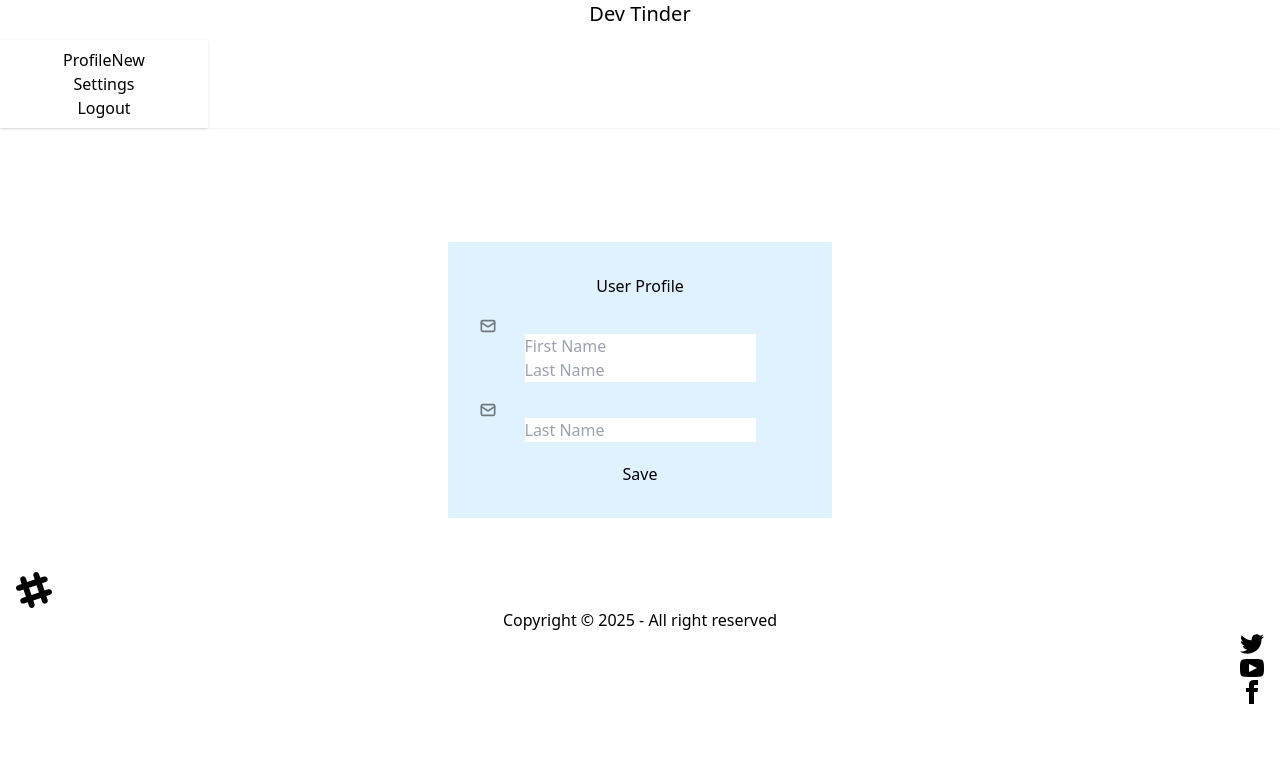
Repository: ROHIT8804/devTinderFrontEnd
Page: /profile (app in devTinder-Web/)
The author's editor kept a copy of each file at every save. The page is drawn from the files as they stood at one save, then again after the next save.
The browser window is 1280 px wide. The pictures show the whole page.
The page's requests for data from a server got no answer. The project was rebuilt for these pictures with package versions that can differ from the ones it lists, and the page was loaded fresh each time. No one was signed in, and anything a server would have sent is missing. Also part of the build but not shown: devTinder-Web/vite.config.js, devTinder-Web/src/components/Login.jsx, devTinder-Web/src/components/UserCard.jsx, devTinder-Web/src/components/Feed.jsx.

Above is the page before, as saved 2025-08-09 11:34:52.

### devTinder-Web/src/App.jsx
import { useState } from "react";
import "./App.css";
import { Routes } from "react-router-dom";
import { BrowserRouter, Route } from "react-router-dom";
import Body from "./components/Body";
import Login from "./components/Login";
import Profile from "./components/Profile";
import { Provider } from "react-redux";
import appStore from "./utils/appStore";
import Feed from "./components/Feed";

function App() {
  const [count, setCount] = useState(0);

  return (
    <>
    <Provider store={appStore}>
      <BrowserRouter>
        <Routes>
          <Route path="/" element={<Body />} >
            <Route path="/feed" element={<Feed />} />
            <Route path="/login" element={<Login />} />
            <Route path="/profile" element={<Profile />} />
          </Route>
        </Routes>
      </BrowserRouter>
      </Provider>
    </>
  );
}

export default App;

### devTinder-Web/src/components/Body.jsx
import { Outlet } from "react-router-dom";
import Nav from "./Nav";
import Footer from "./Footer";
import axios from "axios";
import { BASE_URL } from "../utils/constants";
import { useDispatch } from "react-redux";
import { useEffect } from "react";
import { setUser } from "../utils/userSlice";
import { useNavigate } from "react-router-dom";
import { useSelector } from "react-redux";

function Body() {
  const dispatch = useDispatch();
  const navigate = useNavigate();
  const userData = useSelector((state) => console.log("State in Body:", state) || state.user);

  const fetchUser = async () => {
    if(userData.name) return;
    try{
        const user = await axios.get(BASE_URL + '/profile',{
        withCredentials: true
      })
      dispatch(setUser({ name:user.data.user.firstName, email: user.data.user.emailId }));
    }
    catch (error) {
      if(error.response && error.response.status === 401) {
        localStorage.removeItem('user');
        navigate('/login');
      }
      console.error("Error fetching user:", error);
    }

  }

  useEffect(() => {
    fetchUser();
  }, []);

  return (
    <div className="relative min-h-screen ">
      {/* Fixed Navbar */}
      <div className="fixed top-0 left-0 w-full z-50">
        <Nav />
      </div>
      {/* Main Content */}
      <div className="flex flex-col items-center justify-center pt-[3.5rem] pb-[5rem] min-h-screen">
        <Outlet />
      </div>
      {/* Fixed Footer */}
      <div className="fixed bottom-0 left-0 w-full z-50">
        <Footer />
      </div>
    </div>
  );
}

export default Body;

### devTinder-Web/src/components/Profile.jsx
import React, { useState, useEffect } from 'react';
import axios from 'axios';
import { useDispatch, useSelector } from 'react-redux';
import { setUser } from '../utils/userSlice';
import { useNavigate } from 'react-router-dom';
import { BASE_URL } from '../utils/constants';

function Profile() {

  const user = useSelector((state) => state.user);
  const [firstName, setFirstName] = useState(user.firstName || "");
  const [lastName, setLastName] = useState(user.lastName || "");
  const [gender, setGender] = useState("");
  const [photoUrl, setPhotoUrl] = useState("");
  const [error, setError] = useState("");
  const dispatch = useDispatch();
  const navigate = useNavigate();

  const handleProfileEdit = async (e) => {
    try {
      const response = await axios.patch(BASE_URL + '/profile/update', {
        firstName: firstName,
        lastName:lastName,
        gender:gender,
        photoUrl:photoUrl
      },
      {withCredentials: true}
    );
    // const { firstName, emailId } = response.data.user;
    // localStorage.setItem('user', JSON.stringify({ name:firstName, email: emailId }));
    // dispatch(setUser({ name:firstName, email: emailId }));

    } catch (error) {
      setError(error?.response?.data || "Login failed. Please try again.");
      console.error("Error handling email change:", error?.response?.data);
    }
  }

  useEffect(() => {
    const user = localStorage.getItem('user');
    // if(user){
    //   navigate('/feed');
    // }
  },[navigate]);

  return (
    <div className="card card-border bg-base-100 w-96" style={{ backgroundColor: "#e0f2fe" }}>
        <h2 className="card-title justify-center">User Profile</h2>
      <div className="card-body">
        <div className="mt-5">
          <label className="input validator">
            <svg
              className="h-[1em] opacity-50"
              xmlns="http://www.w3.org/2000/svg"
              viewBox="0 0 24 24"
            >
              <g
                strokeLinejoin="round"
                strokeLinecap="round"
                strokeWidth="2.5"
                fill="none"
                stroke="currentColor"
              >
                <rect width="20" height="16" x="2" y="4" rx="2"></rect>
                <path d="m22 7-8.97 5.7a1.94 1.94 0 0 1-2.06 0L2 7"></path>
              </g>
            </svg>
            <input type="email" value={firstName} onChange={(e)=>setFirstName(e.target.value)} placeholder="First Name" required />
          </label>
          <input type="email" value={lastName} onChange={(e)=>setLastName(e.target.value)} placeholder="Last Name" required />
        </div>
        <div className="mt-5">
          <label className="input validator">
            <svg
              className="h-[1em] opacity-50"
              xmlns="http://www.w3.org/2000/svg"
              viewBox="0 0 24 24"
            >
              <g
                strokeLinejoin="round"
                strokeLinecap="round"
                strokeWidth="2.5"
                fill="none"
                stroke="currentColor"
              >
                <rect width="20" height="16" x="2" y="4" rx="2"></rect>
                <path d="m22 7-8.97 5.7a1.94 1.94 0 0 1-2.06 0L2 7"></path>
              </g>
            </svg>
            <input type="email" value={lastName} onChange={(e)=>setLastName(e.target.value)} placeholder="Last Name" required />
          </label>
        </div>

        <p className="text-red-500 text-left w-full">{error}</p>
        <div className="card-actions justify-center mt-5">
          <button className="btn btn-primary" onClick={handleProfileEdit}>Save</button>
        </div>
      </div>
    </div>
  );

}

export default Profile;

### devTinder-Web/src/utils/appStore.js
import { configureStore } from '@reduxjs/toolkit';
import userReducer from './userSlice';
import feedReducer from './feedSlice';

const appStore = configureStore({
  reducer: {
    user: userReducer,
    feed: feedReducer,
  },
});

export default appStore;

### devTinder-Web/src/components/Nav.jsx
import { useSelector, useDispatch } from "react-redux";
import { useNavigate, Link } from "react-router-dom";
import axios from "axios";
import { BASE_URL } from "../utils/constants";
import { clearUser } from "../utils/userSlice";

function Nav() {
  const navigate = useNavigate();
  const user = useSelector((state) => state.user);
  const dispatch = useDispatch();

  const handleLogout = async () => {
    try{
      await axios.post(BASE_URL + '/logout', {}, { withCredentials: true });
      localStorage.removeItem('user');
      dispatch(clearUser());
      navigate('/login');
    }
    catch (error) {
      console.error("Error during logout:", error);
    }
  }

  return (
    <>
      {/* Navigation Bar */}
      <div className="navbar bg-base-100 shadow-sm">
        <div className="flex-1">
          <Link to="/" className="btn btn-ghost text-xl justify-start">Dev Tinder</Link>
        </div>
        <div className="flex gap-2">
          {/* <input
            type="text"
            placeholder="Search"
            className="input input-bordered w-24 md:w-auto"
          /> */}
          <div className="dropdown dropdown-end">
            <div
              tabIndex={0}
              role="button"
              className="btn btn-ghost btn-circle avatar"
            >
              <div className="w-10 rounded-full">
                {user && user.name ? (
                  <img
                  alt="Tailwind CSS Navbar component"
                  src="https://img.daisyui.com/images/stock/photo-1534528741775-53994a69daeb.webp"
                />
                ): null}

              </div>
            </div>
            <ul
              tabIndex={0}
              className="menu menu-sm dropdown-content bg-base-100 rounded-box z-1 mt-3 w-52 p-2 shadow"
            >
              <li>
                <Link
                  to="/profile"
                 className="justify-between">
                  Profile
                  <span className="badge">New</span>
                </Link>
              </li>
              <li>
                <a>Settings</a>
              </li>
              <li>
                <a onClick={handleLogout}>Logout</a>
              </li>
            </ul>
          </div>
        </div>
      </div>
    </>
  );
}

export default Nav;

### devTinder-Web/src/components/Footer.jsx
function Footer() {
  return (
    <div>
        {/* Footer */}
      <footer className="footer sm:footer-horizontal bg-neutral text-neutral-content items-center p-4">
        <aside className="grid-flow-col items-center">
          <svg
            width="36"
            height="36"
            viewBox="0 0 24 24"
            xmlns="http://www.w3.org/2000/svg"
            fillRule="evenodd"
            clipRule="evenodd"
            className="fill-current">
            <path
              d="M22.672 15.226l-2.432.811.841 2.515c.33 1.019-.209 2.127-1.23 2.456-1.15.325-2.148-.321-2.463-1.226l-.84-2.518-5.013 1.677.84 2.517c.391 1.203-.434 2.542-1.831 2.542-.88 0-1.601-.564-1.86-1.314l-.842-2.516-2.431.809c-1.135.328-2.145-.317-2.463-1.229-.329-1.018.211-2.127 1.231-2.456l2.432-.809-1.621-4.823-2.432.808c-1.355.384-2.558-.59-2.558-1.839 0-.817.509-1.582 1.327-1.846l2.433-.809-.842-2.515c-.33-1.02.211-2.129 1.232-2.458 1.02-.329 2.13.209 2.461 1.229l.842 2.515 5.011-1.677-.839-2.517c-.403-1.238.484-2.553 1.843-2.553.819 0 1.585.509 1.85 1.326l.841 2.517 2.431-.81c1.02-.33 2.131.211 2.461 1.229.332 1.018-.21 2.126-1.23 2.456l-2.433.809 1.622 4.823 2.433-.809c1.242-.401 2.557.484 2.557 1.838 0 .819-.51 1.583-1.328 1.847m-8.992-6.428l-5.01 1.675 1.619 4.828 5.011-1.674-1.62-4.829z"></path>
          </svg>
          <p>Copyright © {new Date().getFullYear()} - All right reserved</p>
        </aside>
        <nav className="grid-flow-col gap-4 md:place-self-center md:justify-self-end">
          <a>
            <svg
              xmlns="http://www.w3.org/2000/svg"
              width="24"
              height="24"
              viewBox="0 0 24 24"
              className="fill-current">
              <path
                d="M24 4.557c-.883.392-1.832.656-2.828.775 1.017-.609 1.798-1.574 2.165-2.724-.951.564-2.005.974-3.127 1.195-.897-.957-2.178-1.555-3.594-1.555-3.179 0-5.515 2.966-4.797 6.045-4.091-.205-7.719-2.165-10.148-5.144-1.29 2.213-.669 5.108 1.523 6.574-.806-.026-1.566-.247-2.229-.616-.054 2.281 1.581 4.415 3.949 4.89-.693.188-1.452.232-2.224.084.626 1.956 2.444 3.379 4.6 3.419-2.07 1.623-4.678 2.348-7.29 2.04 2.179 1.397 4.768 2.212 7.548 2.212 9.142 0 14.307-7.721 13.995-14.646.962-.695 1.797-1.562 2.457-2.549z"></path>
            </svg>
          </a>
          <a>
            <svg
              xmlns="http://www.w3.org/2000/svg"
              width="24"
              height="24"
              viewBox="0 0 24 24"
              className="fill-current">
              <path
                d="M19.615 3.184c-3.604-.246-11.631-.245-15.23 0-3.897.266-4.356 2.62-4.385 8.816.029 6.185.484 8.549 4.385 8.816 3.6.245 11.626.246 15.23 0 3.897-.266 4.356-2.62 4.385-8.816-.029-6.185-.484-8.549-4.385-8.816zm-10.615 12.816v-8l8 3.993-8 4.007z"></path>
            </svg>
          </a>
          <a>
            <svg
              xmlns="http://www.w3.org/2000/svg"
              width="24"
              height="24"
              viewBox="0 0 24 24"
              className="fill-current">
              <path
                d="M9 8h-3v4h3v12h5v-12h3.642l.358-4h-4v-1.667c0-.955.192-1.333 1.115-1.333h2.885v-5h-3.808c-3.596 0-5.192 1.583-5.192 4.615v3.385z"></path>
            </svg>
          </a>
        </nav>
      </footer>
    </div>
  )
}

export default Footer;

### devTinder-Web/src/utils/userSlice.js
// utils/userSlice.js
import { createSlice } from '@reduxjs/toolkit';

const userSlice = createSlice({
  name: 'user',
  initialState: {
    name: null,
    email: null,
  },
  reducers: {
    setUser: (state, action) => {
      state.name = action.payload.name;
      state.email = action.payload.email;
    },
    clearUser: (state) => {
      state.name = null;
      state.email = null;
    },
  },
});

export const { setUser, clearUser } = userSlice.actions;
export default userSlice.reducer;

### devTinder-Web/src/utils/feedSlice.js
import { createSlice } from '@reduxjs/toolkit';

const feedSlice = createSlice({
    name: 'feed',
    initialState:{
        feedData: null,
    },
    reducers: {
        setFeed: (state, action) => {
            state.feedData = action.payload;
        },
        clearFeed: (state) => {
            state.feedData = null;
        },
    },
})

export const { setFeed, clearFeed } = feedSlice.actions;
export default feedSlice.reducer;

### devTinder-Web/tailwind.config.js
/** @type {import('tailwindcss').Config} */
export default {
  content: [
    "./index.html",
    "./src/**/*.{js,ts,jsx,tsx}",
  ],
  theme: {
    extend: {},
  },
  plugins: [require("daisyui")],
  daisyui: {
    themes: ["light", "dark", "cupcake"],
    darkTheme: "light", // Set this to "light" for light theme default
    base: true,
    styled: true,
    utils: true,
  },
}

Loaded but not shown: devTinder-Web/index.html (common file); devTinder-Web/src/main.jsx (common file); devTinder-Web/src/index.css (common file); devTinder-Web/src/App.css (common file); devTinder-Web/src/utils/constants.js (common file)

After the next save:
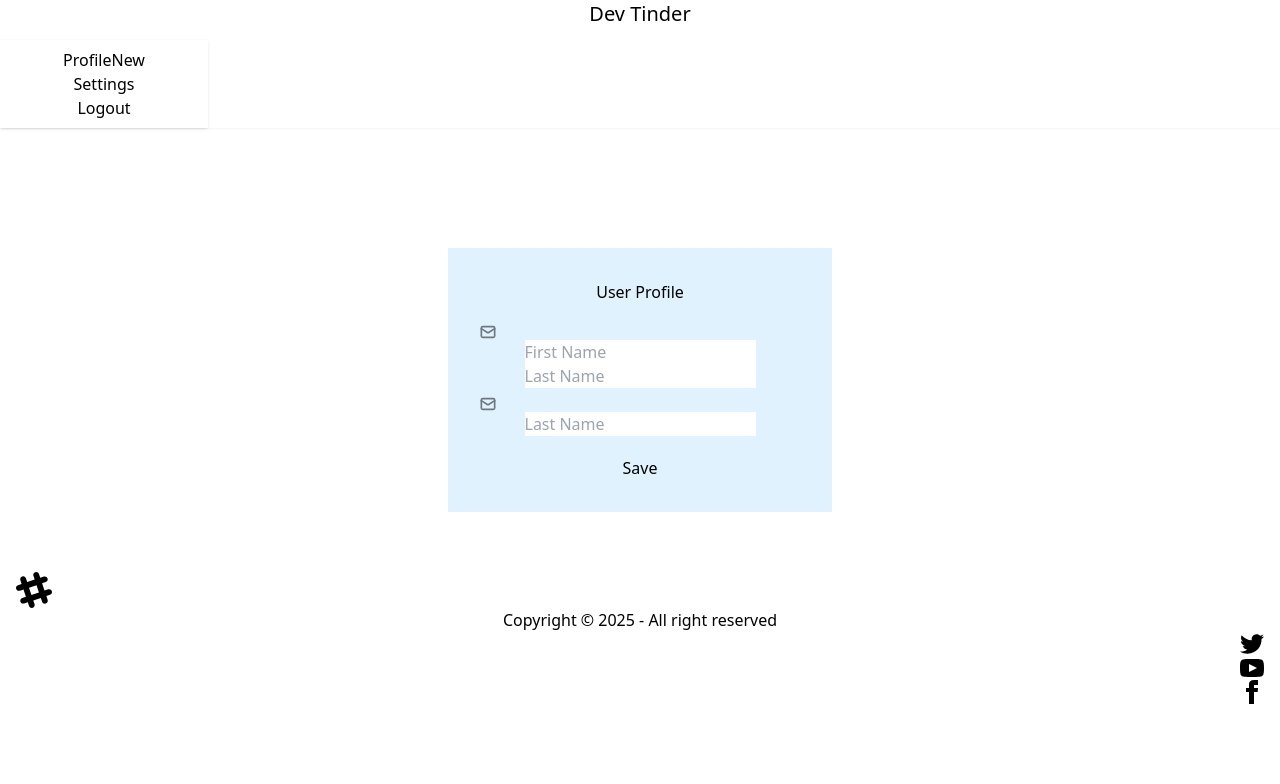
Saved 11 s later.
--- a/devTinder-Web/src/components/Profile.jsx
+++ b/devTinder-Web/src/components/Profile.jsx
@@ -69,7 +69,7 @@ function Profile() {
           </label>
           <input type="email" value={lastName} onChange={(e)=>setLastName(e.target.value)} placeholder="Last Name" required />
         </div>
-        <div className="mt-5">
+        <div className="mt-2">
           <label className="input validator">
             <svg
               className="h-[1em] opacity-50"
